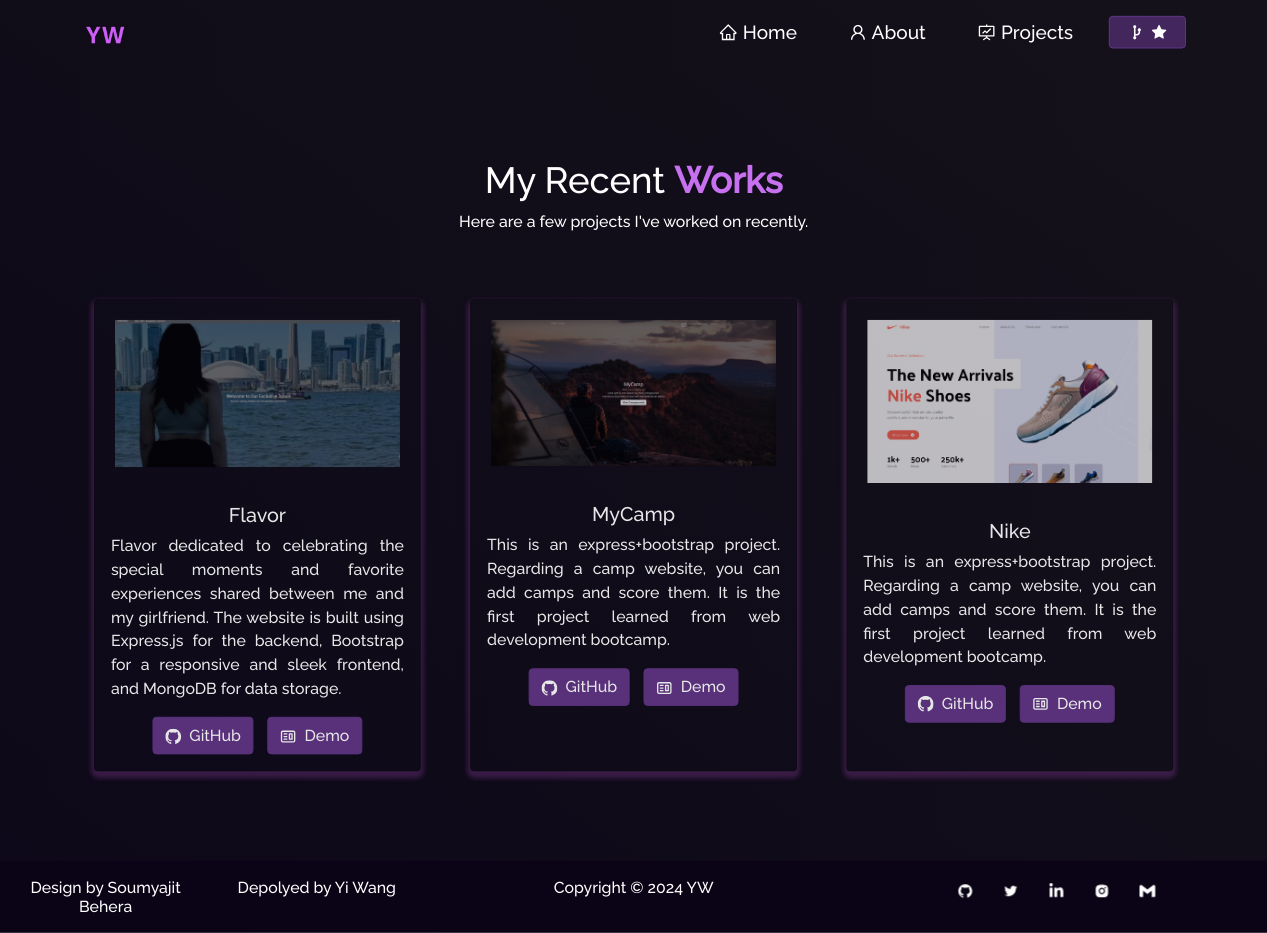
Repository: YiWang24/Portfolio
Page: /project
An editor plug-in stored every save of this project. The page is shown before and after the next save, followed by the edit.
The browser window is 1280 px wide. The pictures show the whole page, at 99% of full size.
The project was rebuilt for these pictures with package versions that can differ from the ones it lists, and the page was loaded fresh each time. Also part of the build but not shown: src/components/Home/Home2.js, src/components/Home/Type.js, src/components/Home/Home.js, src/components/About/Github.js, src/components/About/Techstack.js, src/components/About/AboutCard.js, src/components/About/Toolstack.js, src/components/About/About.js and 1 more. Imported but missing from the stored project, and not drawn on this page: src/Assets/Soumyajit_Behera-BIT_MESRA.pdf.

Above is the page before, as saved 2024-10-28 13:25:50.

After the next save:
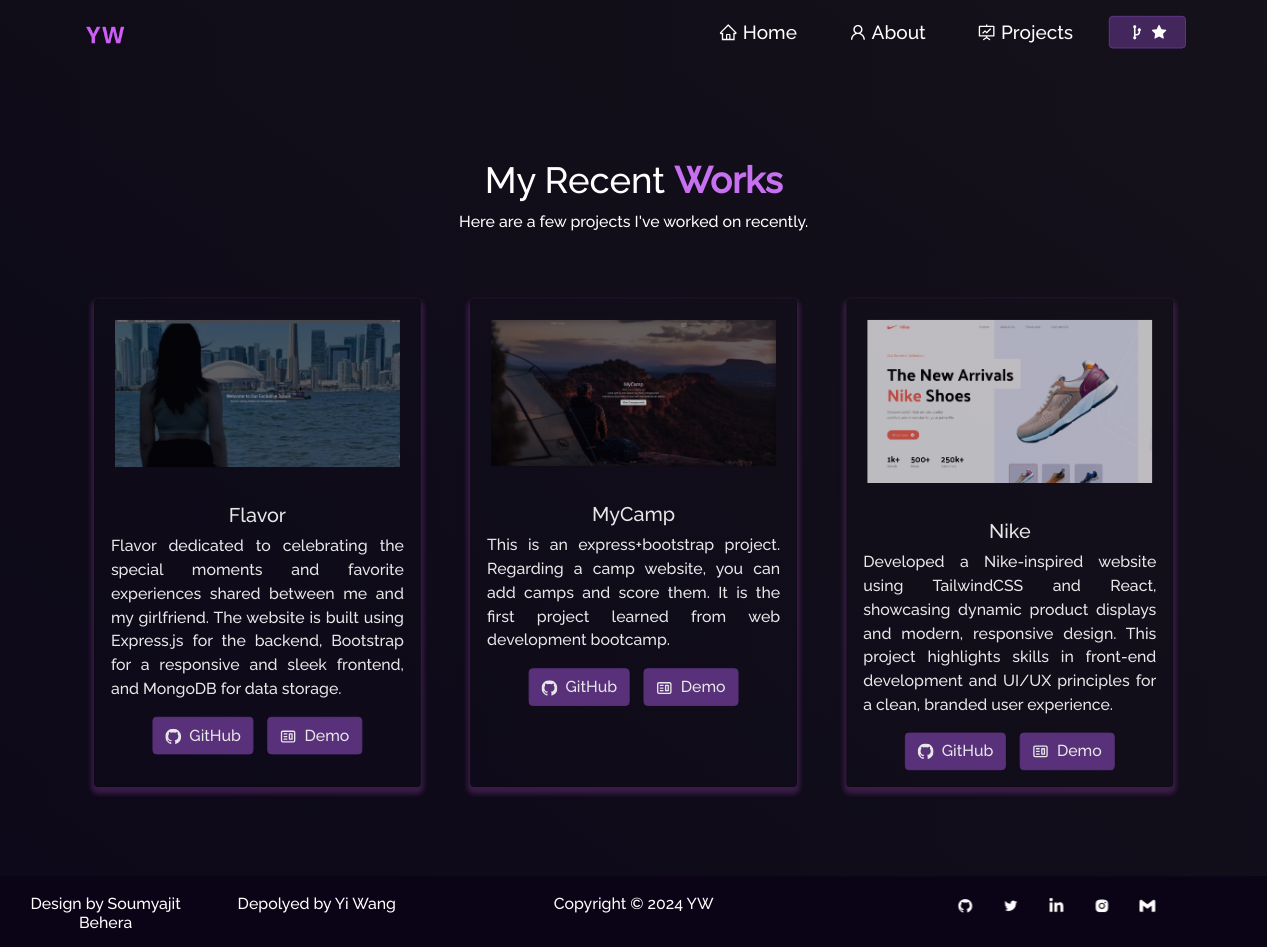
Saved 58 s later.
--- a/src/components/Projects/Projects.js
+++ b/src/components/Projects/Projects.js
@@ -47,7 +47,7 @@
               imgPath={nike}
               isBlog={false}
               title="Nike"
-              description="This is an express+bootstrap project. Regarding a camp website, you can add camps and score them. It is the first project learned from web development bootcamp."
+              description="Developed a Nike-inspired website using TailwindCSS and React, showcasing dynamic product displays and modern, responsive design. This project highlights skills in front-end development and UI/UX principles for a clean, branded user experience."
               ghLink="https://github.com/YiWang24/Nike"
               demoLink="https://app3.yiwang.run/"
             />
